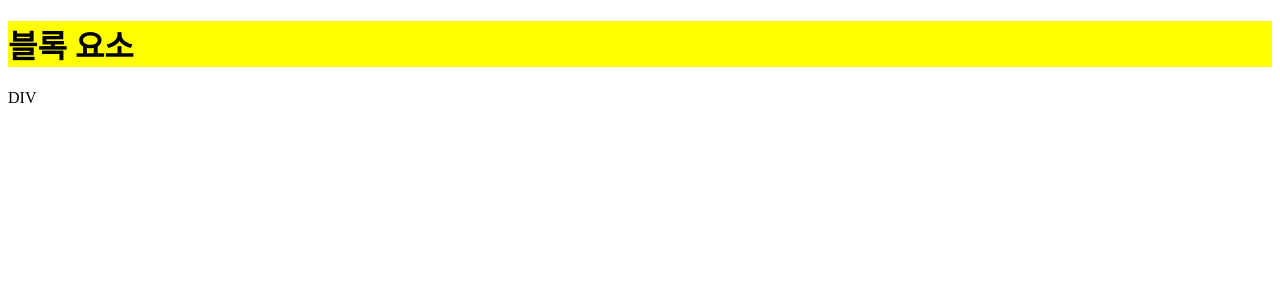
Repository: guswnsdldl/gb
Page: html workspace/g_display/src/main/webapp/block.html
The author's editor kept a copy of each file at every save. The page is drawn from the files as they stood at one save, then again after the next save.
The browser window is 1280 px wide. The pictures show the whole page.

Above is the page before, as saved 2024-08-06 04:42:31.

### html workspace/g_display/src/main/webapp/block.html
<!DOCTYPE html>
<html>
<head>
<meta charset="UTF-8">
<title>블록 요소</title>
</head>
<body>
<h1 style="background-color: yellow">블록 요소</h1>
<div>DIV</div>
</body>
</html>

After the next save:
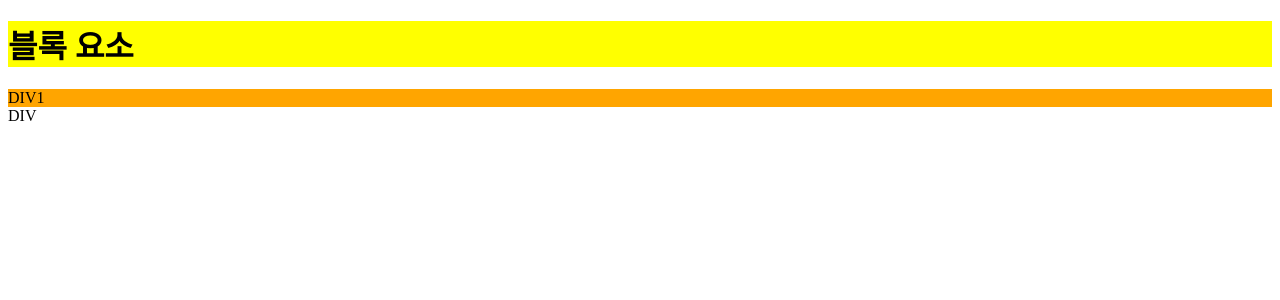
Saved 12 min 35 s later.
--- a/html workspace/g_display/src/main/webapp/block.html
+++ b/html workspace/g_display/src/main/webapp/block.html
@@ -5,7 +5,8 @@
 <title>블록 요소</title>
 </head>
 <body>
-<h1 style="background-color: yellow">블록 요소</h1>
+<h1 style="background-color: yellow;">블록 요소</h1>
+<div style="background-color: orange; width: 50">DIV1</div>
 <div>DIV</div>
 </body>
 </html>
